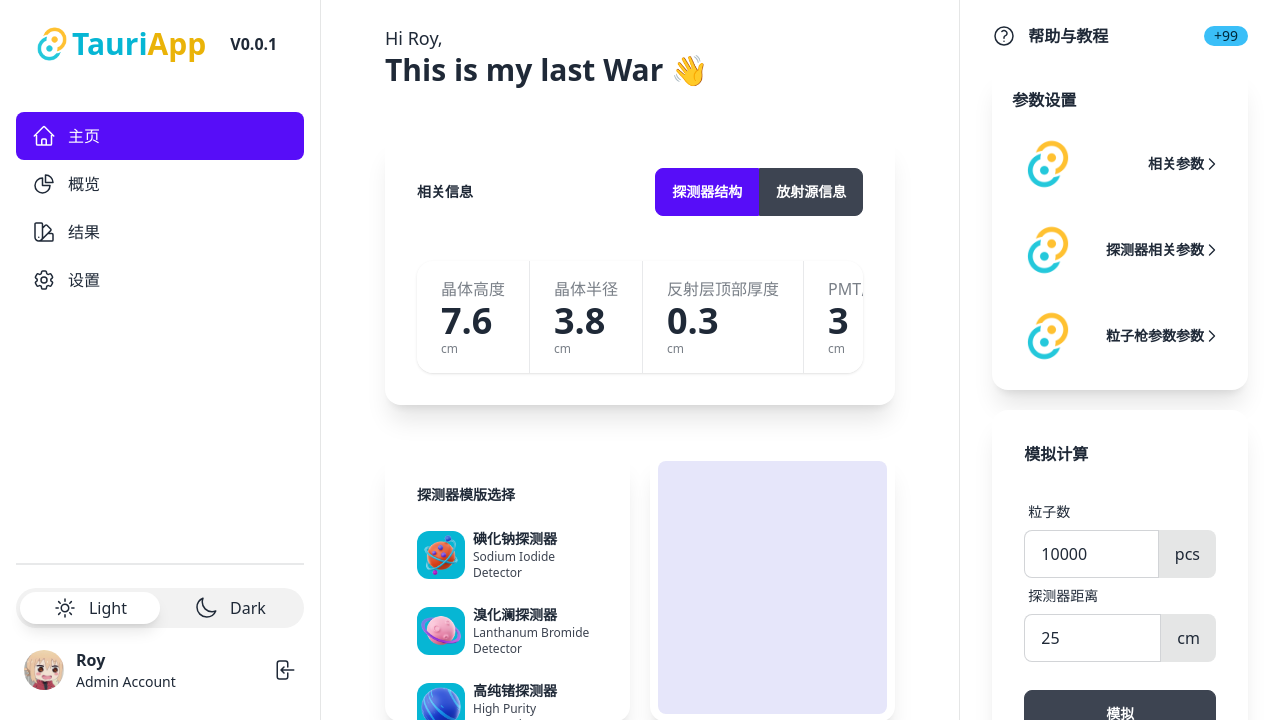
Repository: XMZOVO/tauri-geant4
Page: /
An editor plug-in stored every save of this project. The page is shown before and after the next save, followed by the edit.
The browser window is 1280 px wide. The pictures show the whole page.
The page's requests for data from a server got no answer. An inner scrolling area shows only its first screen. The project was rebuilt for these pictures with package versions that can differ from the ones it lists, and the page was loaded fresh each time. No one was signed in, and anything a server would have sent is missing. Also part of the build but not shown: vite.config.ts.

Above is the page before, as saved 2022-09-11 20:00:03.

### src/main.ts
import { createApp } from "vue";
import App from "./App.vue";
import "./index.css";
import { Router } from "./router";
import { createPinia } from "pinia";

const pinia = createPinia();

createApp(App).use(pinia).use(Router).mount("#app");

### src/router/index.ts
import { createRouter, createWebHistory } from "vue-router";

const routes = [
  {
    path: "",
    component: () => import("../components/MainWindow.vue"),
    children: [
      {
        path: "",
        component: () => import("../components/Home.vue"),
      },
      {
        path: "Setting",
        component: () => import("../components/Setting.vue"),
      },
      {
        path: "Results",
        component: () => import("../components/Results.vue"),
      },
      {
        path: "Overview",
        component: () => import("../components/Overview.vue"),
      },
      // {
      //   path: "Plan",
      //   component: () => import("../components/Plan.vue"),
      // },
    ],
  },
];

export const Router = createRouter({
  scrollBehavior: () => ({ left: 0, top: 0 }),
  history: createWebHistory(),
  routes,
});

### src/components/Home.vue
<script setup lang="ts">
import { ref, onMounted } from "vue";
import { invoke } from "@tauri-apps/api/tauri";
import { useRouter, onBeforeRouteLeave, onBeforeRouteUpdate } from "vue-router";
import path from "path";
import { exit } from "@tauri-apps/api/process";
import { fetch } from "@tauri-apps/api/http";

const router = useRouter();
const greetMsg = ref("");
const name = ref("");
let specFile = ref("");
let JSRootPath = ref("/JsRoot720/");
const btnWait = ref("");
const activeDetector = ref(0);

let detectorSrc = ref(
  JSRootPath.value +
    "index.htm?nobrowser&file=http://localhost:8080/file/G4Backend/build/rootFiles/test.root&item=Default;1&opt=ssao;transp60"
);

const parametersNames = ref([
  { name: "探测器结构", checked: true },
  { name: "放射源信息", checked: false },
]);
const selectedName = ref("钻井液性能");
const detectorProperties = ref([
  { name: "晶体高度", value: 7.6, unit: "cm" },
  { name: "晶体半径", value: 3.8, unit: "cm" },
  { name: "反射层顶部厚度", value: "0.3", unit: "cm" },
  { name: "PMT厚度", value: 3, unit: "cm" },
]);
const radioactiveProperties = ref([
  { name: "放射性同位素", value: "Co60", unit: "" },
  { name: "3", value: 20, unit: "" },
  { name: "4", value: 0.02, unit: "" },
  { name: "5", value: 10, unit: "" },
]);
const detectorList = ref([
  {
    name: "碘化钠探测器",
    percent: 40,
    description: "Sodium Iodide Detector",
    img: "NaI.png",
  },
  {
    name: "溴化澜探测器",
    percent: 100,
    description: "Lanthanum Bromide Detector",
    img: "LB.png",
  },
  {
    name: "高纯锗探测器",
    percent: 60,
    description: "High Purity Germanium Detector",
    img: "HPGe.png",
  },
]);
const paticleParameters = ref([
  { name: "粒子数", value: 10000, unit: "pcs" },
  { name: "探测器距离", value: 25, unit: "cm" },
]);

async function greet() {
  greetMsg.value = await invoke("greet", { name: name.value });
}

onMounted(async () => {});

const parametersInfoChanged = (name: String) => {
  if (name == "探测器结构") {
    parametersNames.value[0].checked = true;
    parametersNames.value[1].checked = false;
  } else {
    parametersNames.value[0].checked = false;
    parametersNames.value[1].checked = true;
  }
};

const executeCalculate = async () => {
  if (paticleParameters.value[0].value > 10000000) {
    alert("粒子数过大");
    return;
  }
  btnWait.value = "loading";
  const response = await fetch("http://localhost:8080/g4", {
    method: "POST",
    query: {
      ch: detectorProperties.value[0].value.toString(),
      cr: detectorProperties.value[1].value.toString(),
      rtt: detectorProperties.value[2].value.toString(),
      num: paticleParameters.value[0].value.toString(),
    },
  }).then((res) => {
    btnWait.value = "";
    router.push({ path: "/Overview" });
  });
};

const refreshDetector = async () => {
  detectorSrc.value = " ";
  await fetch("http://localhost:8080/gdml", {
    method: "GET",
    query: {
      ch: detectorProperties.value[0].value.toString(),
      cr: detectorProperties.value[1].value.toString(),
      rtt: detectorProperties.value[2].value.toString(),
      pmt: detectorProperties.value[3].value.toString(),
    },
  }).then(() => {
    // let iframe: any = document.getElementById("iframe");
    // iframe.contentWindow.location.reload(true);
    detectorSrc.value =
      JSRootPath.value +
      "index.htm?nobrowser&file=http://localhost:8080/file/G4Backend/build/rootFiles/wtest.root&item=Default;1&opt=ssao;transp60";
  });
};

const exitApp = async () => {
  await exit(1);
};
</script>

<template>
  <!-- <div class="card">
    <input id="greet-input" v-model="name" placeholder="Enter a name..." />
    <button type="button" @click="greet()">Greet</button>
  </div>

  <p>{{ greetMsg }}</p> -->

  <div class="flex h-full w-full">
    <div class="w-2/3 space-y-12 border-r border-base-300 py-6 px-16">
      <div class="h-auto">
        <span class="block text-lg font-normal">Hi Roy,</span>
        <span class="block text-3xl font-bold"
          >This is my last War &#128075;</span
        >
      </div>
      <div class="card h-2/5 w-full shadow-xl">
        <div class="card-body justify-between">
          <div class="flex justify-between">
            <p class="card-title text-sm">相关信息</p>
            <!-- 选择框 -->
            <!-- <div class="form-control w-1/3 max-w-xs">
              <select
                class="select select-bordered focus:outline-none"
                @change="parametersInfoChanged($event)"
              >
                <option v-for="item in parametersNames">{{ item }}</option>
              </select>
            </div> -->
            <div class="btn-group">
              <input
                v-for="item in parametersNames"
                type="radio"
                name="options"
                :data-title="item.name"
                class="btn"
                :checked="item.checked"
                @change="parametersInfoChanged(item.name)"
              />
            </div>
          </div>
          <!-- 统计信息 -->
          <div
            class="stats stats-vertical overflow-hidden shadow lg:stats-horizontal"
          >
            <div
              class="stat"
              v-if="parametersNames[0].checked"
              v-for="item in detectorProperties"
            >
              <div class="stat-title">{{ item.name }}</div>
              <div class="stat-value">{{ item.value }}</div>
              <div class="stat-desc">{{ item.unit }}</div>
            </div>
            <div
              class="stat"
              v-if="parametersNames[1].checked"
              v-for="item in radioactiveProperties"
            >
              <div class="stat-title">{{ item.name }}</div>
              <div class="stat-value">{{ item.value }}</div>
              <div class="stat-desc">{{ item.unit }}</div>
            </div>
          </div>
        </div>
      </div>
      <!-- 底部双卡片 -->
      <div class="flex h-2/5 space-x-5">
        <!-- 1 -->
        <div class="card w-1/2 bg-base-100 shadow-xl">
          <div class="card-body gap-3">
            <p class="text-sm font-semibold">探测器模版选择</p>
            <!-- item -->
            <div class="flex h-full flex-col justify-between">
              <div
                v-for="(item, index) in detectorList"
                class="flex cursor-pointer items-center justify-between rounded-xl py-3 hover:bg-base-300"
              >
                <div class="flex items-center gap-2">
                  <img
                    :src="`/src/assets/${item.img}`"
                    class="h-12 w-12 rounded-xl bg-cyan-500 p-1"
                  />
                  <div class="flex flex-col">
                    <p class="text-sm font-semibold">{{ item.name }}</p>
                    <p class="text-xs text-neutral">
                      {{ item.description }}
                    </p>
                  </div>
                </div>
                <!-- <div
                  class="radial-progress text-xs text-primary"
                  :style="
                    '--value: ' +
                    item.percent +
                    '; --size: 3.5rem; --thickness: 6px'
                  "
                >
                  {{ item.percent }}%
                </div> -->
              </div>
            </div>
            <btn class="btn rounded-xl"> 更多模版</btn>
          </div>
        </div>
        <!-- 2 -->
        <div class="card w-1/2 bg-base-100 shadow-xl">
          <div class="card-body p-2">
            <iframe
              :src="detectorSrc"
              frameborder="0"
              class="h-full w-full rounded-lg"
            ></iframe>
            <!-- <div class="h-full w-full bg-black" id="drawing"></div> -->
          </div>
        </div>
      </div>
    </div>

    <!-- 右侧 -->
    <div class="w-1/3 flex-col space-y-5 px-8 pt-6">
      <!-- 帮助 -->
      <div class="flex items-center justify-between">
        <div class="flex items-center space-x-3">
          <svg
            xmlns="http://www.w3.org/2000/svg"
            fill="none"
            viewBox="0 0 24 24"
            stroke-width="1.5"
            stroke="currentColor"
            class="h-6 w-6"
          >
            <path
              stroke-linecap="round"
              stroke-linejoin="round"
              d="M9.879 7.519c1.171-1.025 3.071-1.025 4.242 0 1.172 1.025 1.172 2.687 0 3.712-.203.179-.43.326-.67.442-.745.361-1.45.999-1.45 1.827v.75M21 12a9 9 0 11-18 0 9 9 0 0118 0zm-9 5.25h.008v.008H12v-.008z"
            />
          </svg>
          <label class="font-bold">帮助与教程</label>
        </div>
        <div class="badge badge-info">+99</div>
      </div>
      <!-- 帮助 -->
      <!-- 卡1 -->
      <div class="flex space-x-5">
        <div class="card w-full overflow-visible bg-base-100 shadow-xl">
          <div class="card-body p-5">
            <div class="flex-col space-y-5">
              <p class="text-md font-bold">参数设置</p>

              <!-- 溢流物 -->
              <div class="dropdown-left dropdown w-full">
                <div
                  tabindex="0"
                  class="flex items-center justify-between rounded-xl px-2 py-1 duration-300 hover:cursor-pointer hover:bg-primary hover:text-base-100"
                >
                  <img src="../assets/icon.png" class="h-14 w-14 rounded-xl" />
                  <div class="flex items-center">
                    <p class="text-sm font-bold">相关参数</p>
                    <svg
                      xmlns="http://www.w3.org/2000/svg"
                      fill="none"
                      viewBox="0 0 24 24"
                      stroke-width="2"
                      stroke="currentColor"
                      class="h-4 w-4"
                    >
                      <path
                        stroke-linecap="round"
                        stroke-linejoin="round"
                        d="M8.25 4.5l7.5 7.5-7.5 7.5"
                      />
                    </svg>
                  </div>
                </div>
                <!-- 浮动窗口 -->
                <div
                  tabindex="0"
                  class="card dropdown-content rounded-box w-full bg-base-100 shadow"
                >
                  <div class="card-body space-y-3">
                    <p class="font-bold">设置相关参数</p>
                  </div>
                </div>
              </div>
              <!-- 溢流物 -->
              <!-- 钻井液 -->
              <div class="dropdown-left dropdown w-full">
                <div
                  tabindex="0"
                  class="flex items-center justify-between rounded-xl px-2 py-1 duration-300 hover:cursor-pointer hover:bg-primary hover:text-base-100"
                >
                  <img src="../assets/icon.png" class="h-14 w-14 rounded-xl" />
                  <div class="flex items-center">
                    <p class="text-sm font-bold">探测器相关参数</p>
                    <svg
                      xmlns="http://www.w3.org/2000/svg"
                      fill="none"
                      viewBox="0 0 24 24"
                      stroke-width="2"
                      stroke="currentColor"
                      class="h-4 w-4"
                    >
                      <path
                        stroke-linecap="round"
                        stroke-linejoin="round"
                        d="M8.25 4.5l7.5 7.5-7.5 7.5"
                      />
                    </svg>
                  </div>
                </div>
                <!-- 浮动窗口 -->
                <div
                  tabindex="0"
                  class="card dropdown-content rounded-box w-96 bg-base-100 shadow"
                >
                  <div class="card-body space-y-1">
                    <div class="flex items-center">
                      <p class="font-bold">
                        设置{{
                          activeDetector == 0 ? "碘化钠" : "高纯锗"
                        }}探测器参数
                      </p>
                      <button class="btn btn-xs" @click="refreshDetector">
                        刷新探测器模型
                      </button>
                    </div>
                    <div
                      v-for="item in detectorProperties"
                      class="form-control"
                    >
                      <label class="label">
                        <span class="label-text">{{ item.name }}</span>
                      </label>
                      <label class="input-group">
                        <input
                          type="text"
                          v-model="item.value"
                          class="input input-bordered w-3/4 focus:outline-none"
                        />
                        <span class="w-1/4">{{ item.unit }}</span>
                      </label>
                    </div>
                  </div>
                </div>
              </div>
              <!-- 钻井液 -->
              <!-- 节流压 -->
              <div class="dropdown-left dropdown w-full">
                <div
                  tabindex="0"
                  class="flex items-center justify-between rounded-xl px-2 py-1 duration-300 hover:cursor-pointer hover:bg-primary hover:text-base-100"
                >
                  <img src="../assets/icon.png" class="h-14 w-14 rounded-xl" />
                  <div class="flex items-center">
                    <p class="text-sm font-bold">粒子枪参数参数</p>
                    <svg
                      xmlns="http://www.w3.org/2000/svg"
                      fill="none"
                      viewBox="0 0 24 24"
                      stroke-width="2"
                      stroke="currentColor"
                      class="h-4 w-4"
                    >
                      <path
                        stroke-linecap="round"
                        stroke-linejoin="round"
                        d="M8.25 4.5l7.5 7.5-7.5 7.5"
                      />
                    </svg>
                  </div>
                </div>
                <!-- 浮动窗口 -->
                <div
                  tabindex="0"
                  class="card dropdown-content rounded-box w-96 bg-base-100 shadow"
                >
                  <div class="card-body space-y-3">
                    <p class="font-bold">设置粒子枪参数</p>
                    <div
                      v-for="item in radioactiveProperties"
                      class="form-control"
                    >
                      <label class="label">
                        <span class="label-text">{{ item.name }}</span>
                      </label>
                      <label class="input-group">
                        <input
                          type="text"
                          v-model="item.value"
                          class="input input-bordered w-3/4 focus:outline-none"
                        />
                        <span class="w-1/4">{{ item.unit }}</span>
                      </label>
                    </div>
                  </div>
                </div>
              </div>
              <!-- 节流压 -->
            </div>
          </div>
        </div>
      </div>
      <!-- 卡2 -->
      <div class="flex space-x-5">
        <div class="card w-full bg-base-100 shadow-xl">
          <div class="card-body space-y-5">
            <p class="text-md font-bold">模拟计算</p>
            <div>
              <div v-for="item in paticleParameters" class="form-control">
                <label class="label">
                  <span class="label-text">{{ item.name }}</span>
                </label>
                <label class="input-group">
                  <input
                    type="text"
                    placeholder="0.01"
                    v-model="item.value"
                    class="input input-bordered w-full focus:outline-none"
                  />
                  <span>{{ item.unit }}</span>
                </label>
              </div>
            </div>
            <!-- 计算 -->
            <button :class="'btn w-full ' + btnWait" @click="executeCalculate">
              模拟
            </button>
          </div>
        </div>
      </div>
    </div>
  </div>
</template>

<style scoped></style>

Loaded but not shown: index.html (common file); src/App.vue (common file); src/index.css (common file); tailwind.config.cjs (common file); public/JsRoot720/modules/d3.mjs (library); public/JsRoot720/modules/gui/HierarchyPainter.mjs (library); public/JsRoot720/modules/io.mjs (3859 lines, source omitted); public/JsRoot720/modules/gpad/TFramePainter.mjs (2781 lines, source omitted); public/JsRoot720/modules/gpad/TPadPainter.mjs (2078 lines, source omitted); public/JsRoot720/modules/gui/menu.mjs (1573 lines, source omitted); public/JsRoot720/modules/core.mjs (1681 lines, source omitted); public/JsRoot720/modules/gui/display.mjs (1711 lines, source omitted); public/JsRoot720/modules/base/ObjectPainter.mjs (1608 lines, source omitted); public/JsRoot720/modules/base/math.mjs (2061 lines, source omitted); public/JsRoot720/modules/gpad/TAxisPainter.mjs (1330 lines, source omitted); public/JsRoot720/modules/hist/TPavePainter.mjs (1257 lines, source omitted); public/JsRoot720/modules/base/latex.mjs (1324 lines, source omitted); public/JsRoot720/modules/draw.mjs (618 lines, source omitted); public/JsRoot720/modules/gui/utils.mjs (511 lines, source omitted); public/JsRoot720/modules/gpad/TCanvasPainter.mjs (756 lines, source omitted); public/JsRoot720/modules/base/BasePainter.mjs (670 lines, source omitted); public/JsRoot720/modules/base/TAttFillHandler.mjs (343 lines, source omitted); public/JsRoot720/modules/base/TAttMarkerHandler.mjs (292 lines, source omitted); public/JsRoot720/modules/gui.mjs (206 lines, source omitted); public/JsRoot720/modules/base/colors.mjs (172 lines, source omitted); public/JsRoot720/modules/base/TAttLineHandler.mjs (166 lines, source omitted); public/JsRoot720/modules/base/FontHandler.mjs (139 lines, source omitted); src/components/MainWindow.vue (303 lines, source omitted)

After the next save:
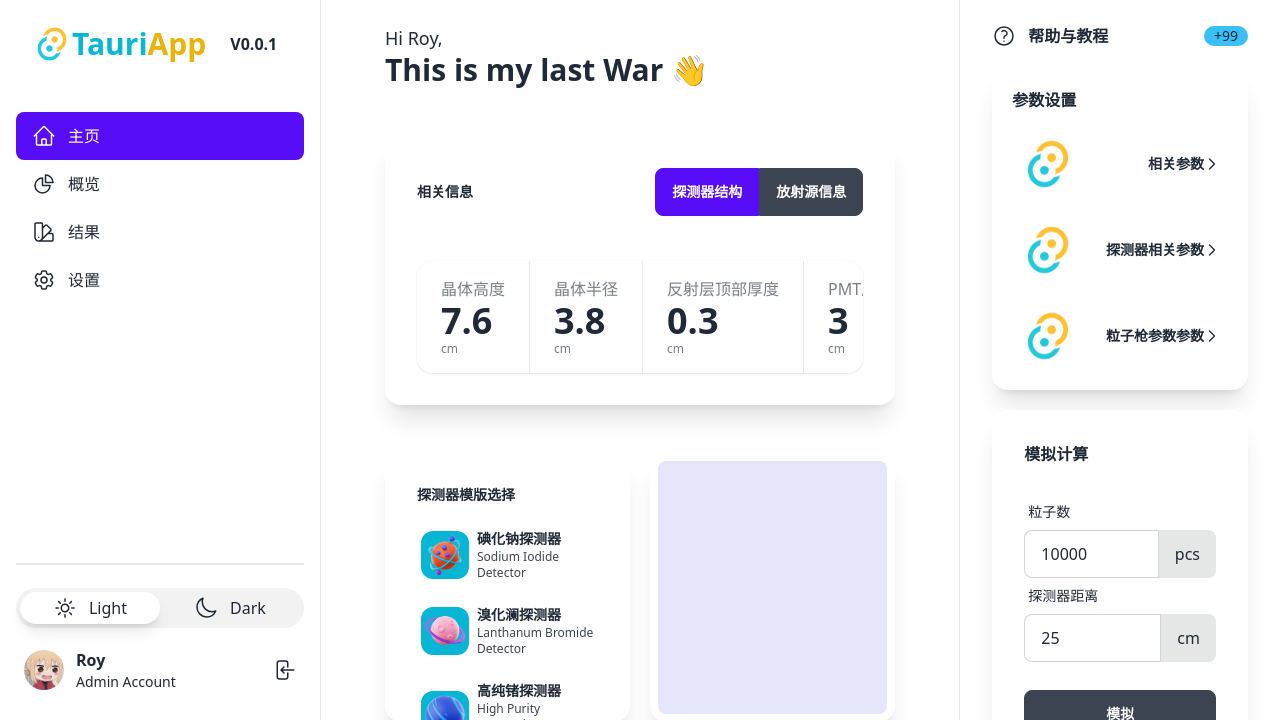
Saved 38 s later.
--- a/src/components/Home.vue
+++ b/src/components/Home.vue
@@ -197,7 +197,7 @@ const exitApp = async () => {
             <div class="flex h-full flex-col justify-between">
               <div
                 v-for="(item, index) in detectorList"
-                class="flex cursor-pointer items-center justify-between rounded-xl py-3 hover:bg-base-300"
+                class="flex cursor-pointer items-center justify-between rounded-xl py-3 px-1 hover:bg-base-300"
               >
                 <div class="flex items-center gap-2">
                   <img
